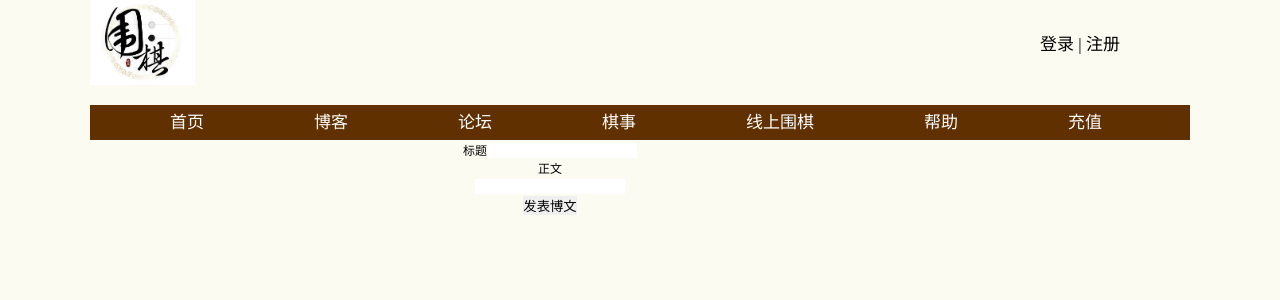
Repository: yxh0/Go
Page: http://localhost/keshe/keshe/blog_post.jsp
An editor plug-in stored every save of this project. The page is shown before and after the next save, followed by the edit.
The browser window is 1280 px wide. The pictures show the whole page.
The page is served by Tomcat 9.

Above is the page before, as saved 2020-06-11 04:03:21.

After the next save:
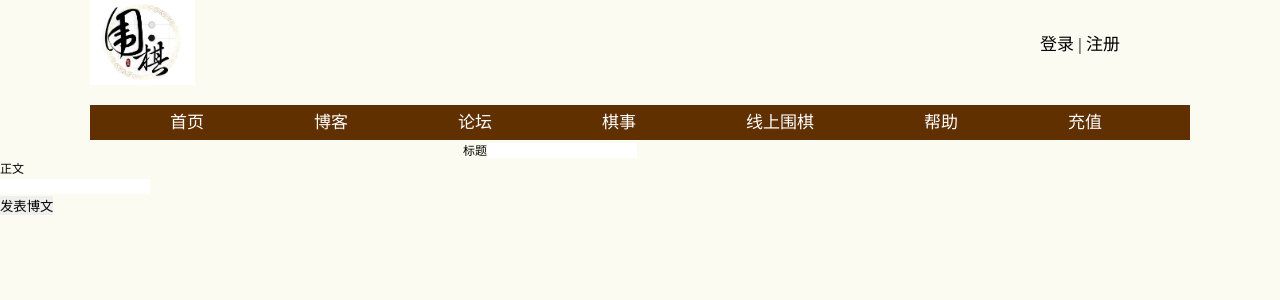
Saved 15 s later.
--- a/SoftwareProjectGo/keshe/WebContent/keshe/blog_post.jsp
+++ b/SoftwareProjectGo/keshe/WebContent/keshe/blog_post.jsp
@@ -43,9 +43,9 @@
 		<form action="insertServlet?dataBase=weiqiluntan&tableName=chess_user" name="register" method="post">
 			<center>
 				标题<input name="blog_title" type="text" type="password" class="code"><br>
+			</center>
 				正文<br><input name="blog_text" type="text" placeholder="" class="code"><br>
 				<input type="submit" value="发表博文" class="now-register">
-			</center>
          </form>
 	</div>
 </body>
